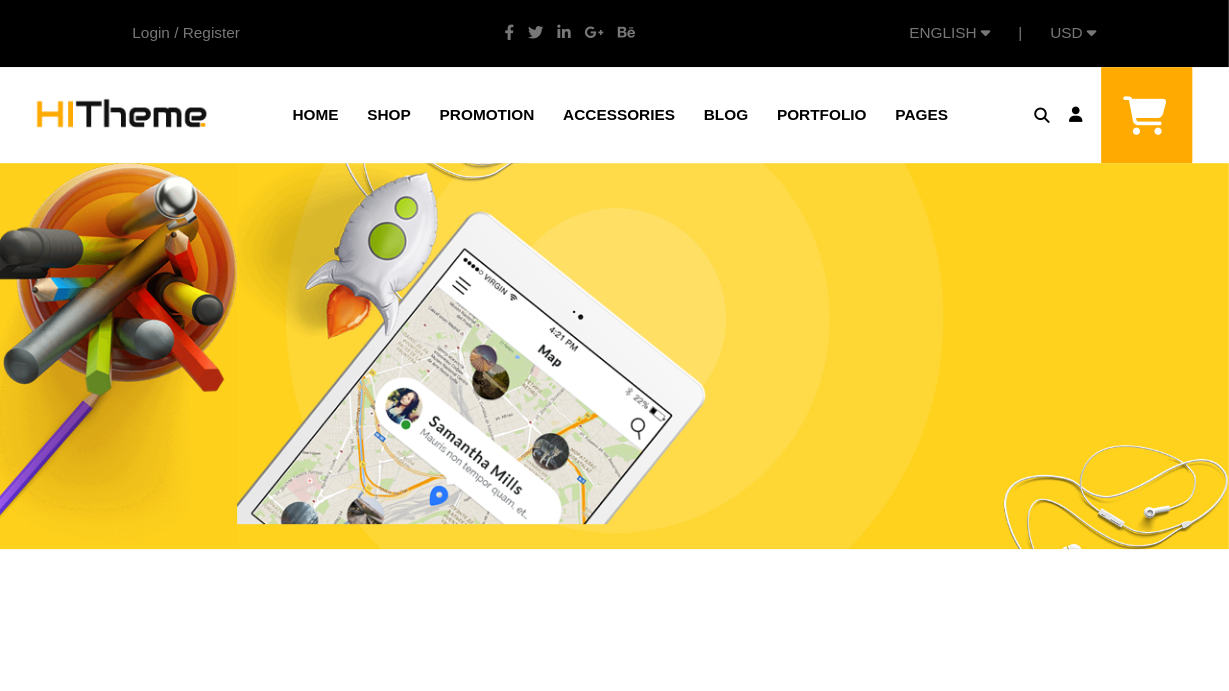
Repository: Thach1311/DU-AN-WEB-BAN-HANG-
Page: index1.html
An editor plug-in stored every save of this project. The page is shown before and after the next save, followed by the edit.
The browser window is 1280 px wide. The pictures show the whole page, at 96% of full size.

Above is the page before, as saved 2023-02-23 17:29:34.

After the next save:
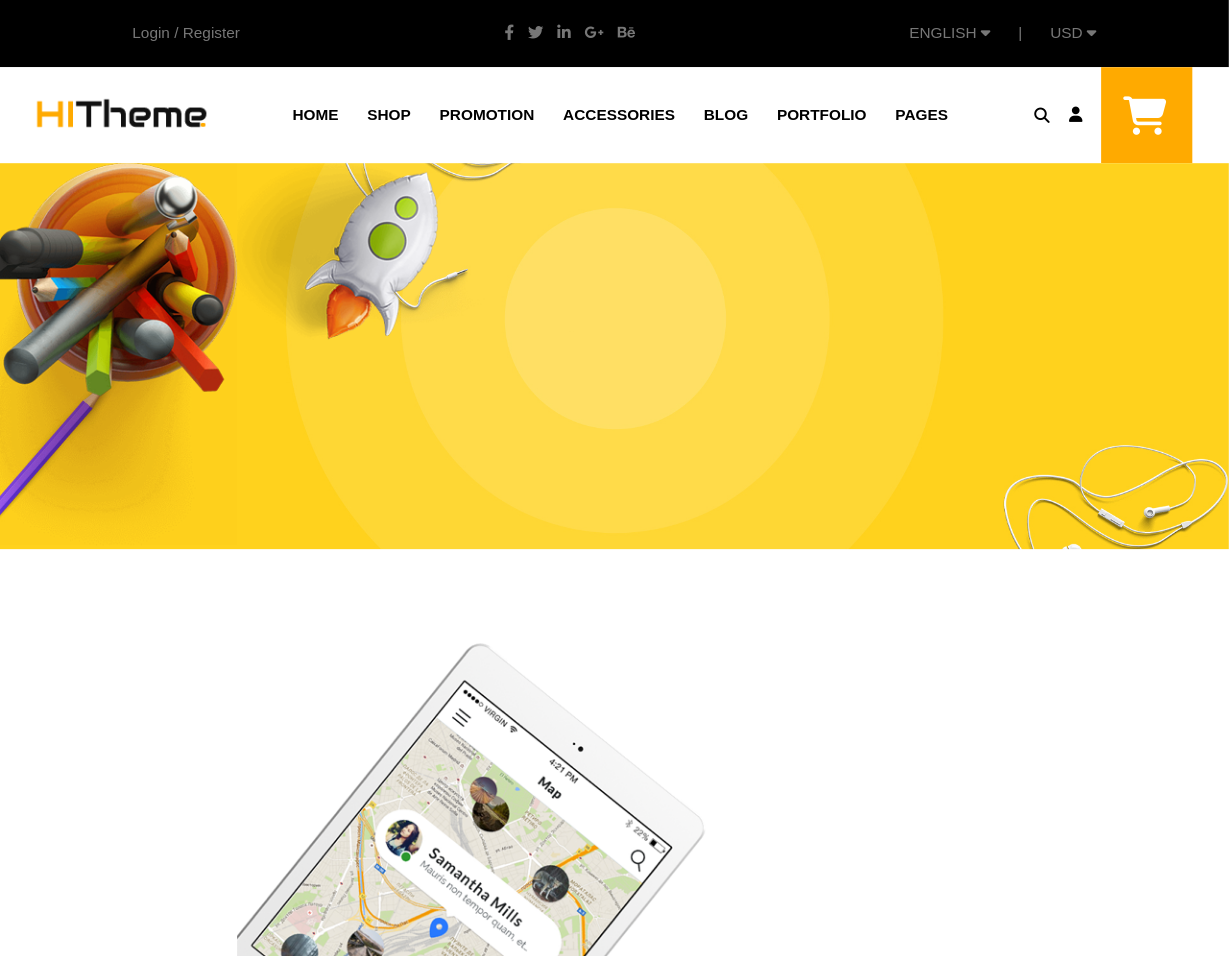
Saved 4 s later.
--- a/CSS/style1.css
+++ b/CSS/style1.css
@@ -620,7 +620,7 @@
 }
 .slide__bgMain-item2{
     position: absolute;
-    margin-top: 50px;
+    margin-top: 500px;
 }
 .slide__bgMain-item4{
     position: absolute;
